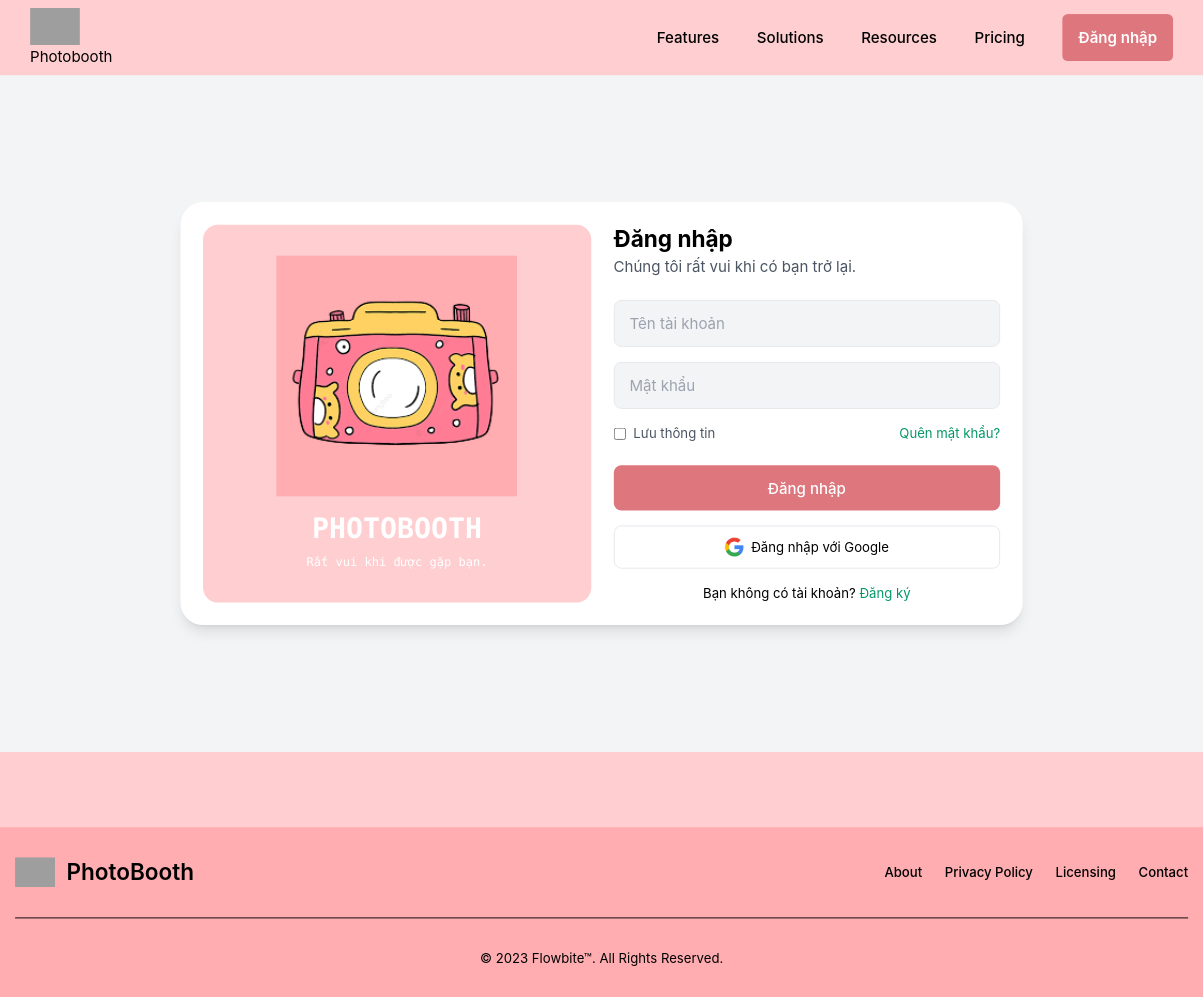
Repository: kontee809/photobooth_app
Page: /sign-in (app in photobooth-client/)
An editor plug-in stored every save of this project. The page is shown before and after the next save, followed by the edit.
The browser window is 1280 px wide. The pictures show the whole page, at 94% of full size.
Pictures or frames that could not be fetched are drawn as grey boxes. The project was rebuilt for these pictures with package versions that can differ from the ones it lists, and the page was loaded fresh each time. Also part of the build but not shown: photobooth-client/src/component/Camera.jsx, photobooth-client/src/component/Home.jsx, photobooth-client/src/component/RegisterForm.jsx.

Above is the page before, as saved 2025-05-04 15:01:57.

After the next save:
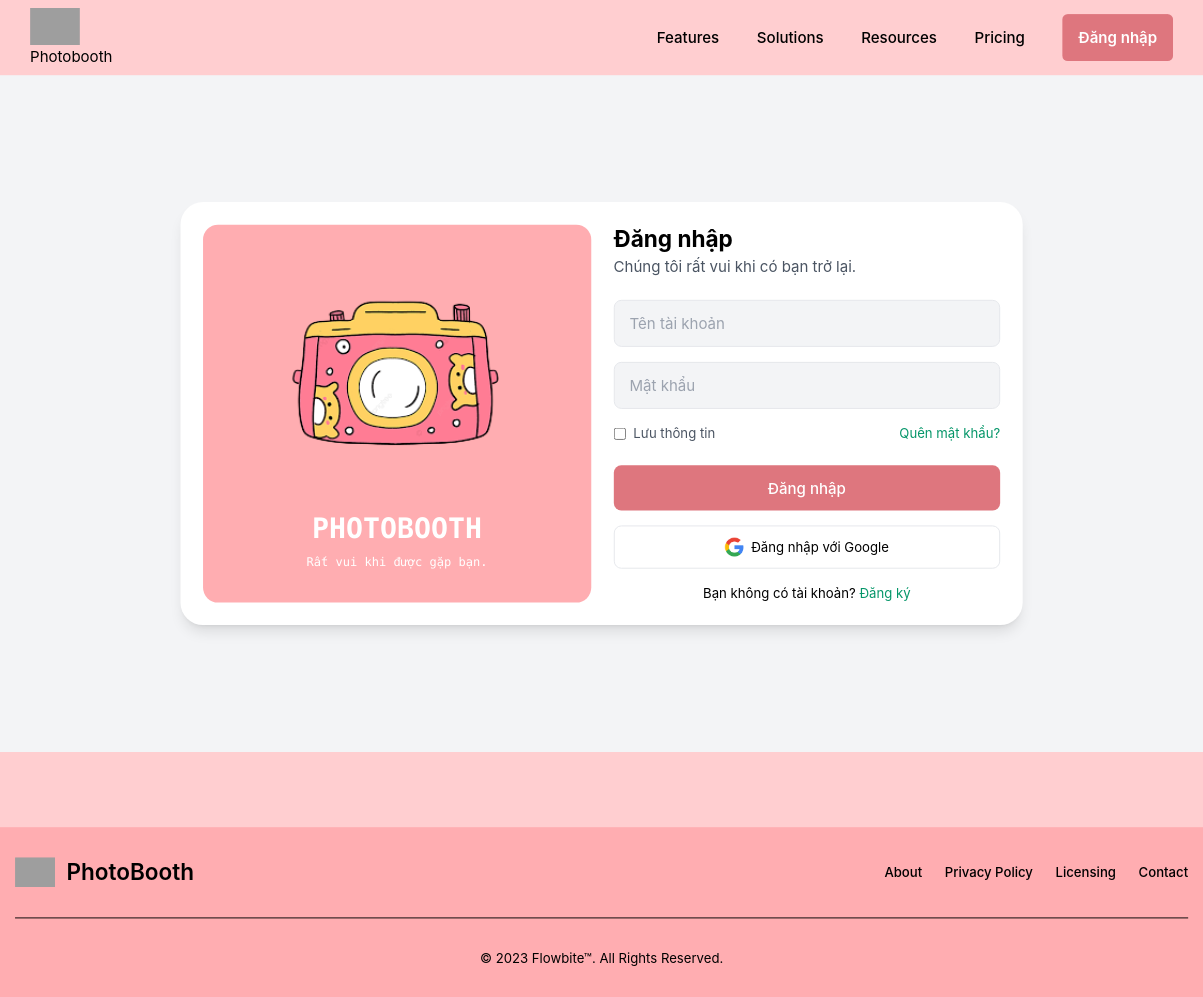
Saved 100 s later.
--- a/photobooth-client/src/component/LoginForm.jsx
+++ b/photobooth-client/src/component/LoginForm.jsx
@@ -12,7 +12,7 @@
                     <div className="flex flex-col md:flex-row bg-white shadow-lg rounded-3xl p-6 w-full max-w-4xl">
 
                         {/* Left Box */}
-                        <div className="md:w-1/2 bg-[#ffadb1]/60 rounded-2xl flex flex-col justify-center items-center p-6 text-white">
+                        <div className="md:w-1/2 bg-[#ffadb1] rounded-2xl flex flex-col justify-center items-center p-6 text-white">
                             <div className="mb-4">
                                 <img
                                     src={cameraIcon}
